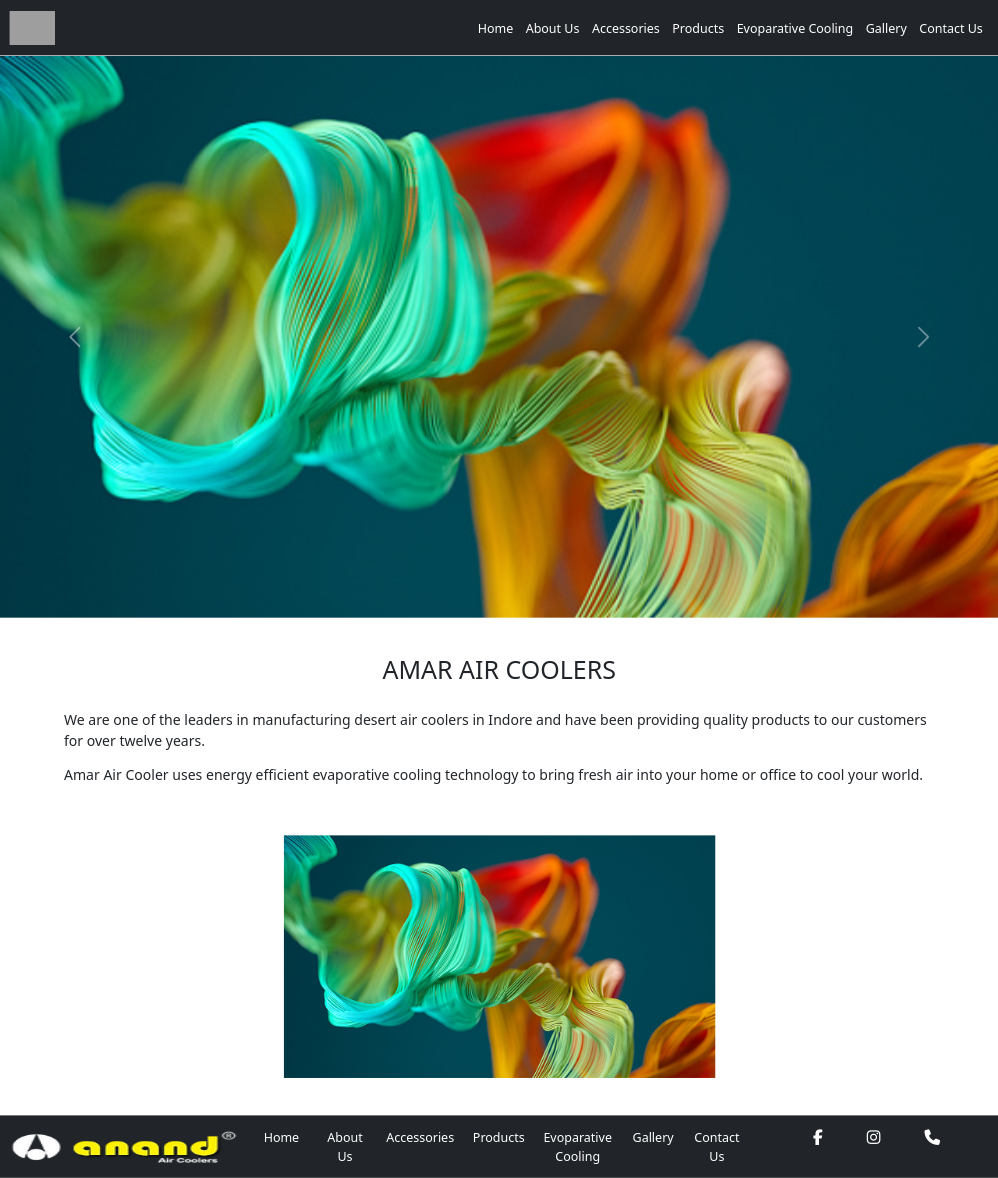
Repository: dhavalmaniyar/divakar
Page: http://localhost/
These files come from the project's save history. The page is drawn as it stood at one moment and after the next save; the edit follows.
The browser window is 1280 px wide. The pictures show the whole page, at 78% of full size.
Pictures or frames that could not be fetched are drawn as grey boxes. Some web libraries are served in a nearby version. The page is served by the project's application, run on Django 3.2 (divakar_app/manage.py). Other server files are loaded and not shown.

Above is the page before, as saved 2021-12-08 16:30:43.

### divakar_app/templates/index.html
{% extends "base.html" %}
{% load static %}
{%block body%}
<br><br><br>
{% if messages %}
{% for message in messages  %}
<div style="position: absolute; top:12%; z-index: 1000;" class="alert alert-success" role="alert">
    {{message}}
</div>
{% endfor %}
{% endif %}
<div id="carouselExampleInterval" class="carousel slide" data-bs-ride="carousel">
  <div class="carousel-inner">
    <div class="carousel-item active" data-bs-interval="2000">
      <img src="{%static '/images/landingpage.jpg'%}" class="d-block w-100" alt="">
    </div>
    <div class="carousel-item" data-bs-interval="2000">
      <img src="{%static '/images/landingpage.jpg'%}" class="d-block w-100" alt="">
    </div>
    <div class="carousel-item">
      <img src="{%static '/images/landingpage.jpg'%}" class="d-block w-100" alt="">
    </div>
  </div>
  <button class="carousel-control-prev" type="button" data-bs-target="#carouselExampleInterval" data-bs-slide="prev">
    <span class="carousel-control-prev-icon" aria-hidden="true"></span>
    <span class="visually-hidden">Previous</span>
  </button>
  <button class="carousel-control-next" type="button" data-bs-target="#carouselExampleInterval" data-bs-slide="next">
    <span class="carousel-control-next-icon" aria-hidden="true"></span>
    <span class="visually-hidden">Next</span>
  </button>
</div>
<br><br>
<h2 class="text-center">AMAR AIR COOLERS</h2><br>
<div class="container">
  <p class="content">
    We are one of the leaders in manufacturing desert air coolers in Indore and have
    been providing quality products to our customers for over twelve years.

  </p>
  <p class="content">
    Amar Air Cooler uses energy efficient evaporative cooling technology to bring fresh
    air into your home or office to cool your world.
  </p>
  <br><br>
  <div>
    <img src="{%static '/images/landingpage.jpg'%}" class="img-fluid d-block mx-auto" alt="...">
  </div>
</div>
{%endblock body%}

### divakar_app/templates/base.html
{% load static %}
<!DOCTYPE html>
<html lang="en">

<head>
    <meta charset="UTF-8">
    <meta http-equiv="X-UA-Compatible" content="IE=edge">
    <meta name="viewport" content="width=device-width, initial-scale=1.0">
    <link rel="stylesheet" href="{%static '/css/bootstrap.css'%}">
    <script src="{%static '/js/bootstrap.js'%}"></script>
    <script src="https://ajax.googleapis.com/ajax/libs/jquery/3.5.1/jquery.min.js"></script>
    <script src='https://kit.fontawesome.com/a076d05399.js'></script>
    <title>Amar Coolers</title>
</head>
<style>
 .navbar{
     position: absolute;
     right: 0;
     left: 0;
     top: 0;
     z-index: 100;
      }
      .content{
          font-size: large;
      }
      .social{
            text-decoration: none;
            color: white;
        }
        .social:hover{
            color: white;
        }

</style>

<body>
    <nav class="navbar navbar-expand-lg navbar-dark bg-dark">
        <div class="container-fluid">
            <a class="navbar-brand" href="#">
                <img src="{%static '/images/amarlogo.jpeg'%}" alt="" width="100%" height="44"
                    class="d-inline-block align-text-top">
            </a>
            <button class="navbar-toggler" type="button" data-bs-toggle="collapse" data-bs-target="#navbarNavAltMarkup"
                aria-controls="navbarNavAltMarkup" aria-expanded="false" aria-label="Toggle navigation">
                <span class="navbar-toggler-icon"></span>
            </button>
            <div class="collapse navbar-collapse justify-content-end" id="navbarNavAltMarkup">
                <div class="navbar-nav">
                    <a class="nav-link active" href="{%url 'index'%}">Home</a>
                    <a class="nav-link active" href="#">About Us</a>
                    <a class="nav-link active" href="#">Accessories</a>
                    <a class="nav-link active" href="#">Products</a>
                    <a class="nav-link active" href="#">Evoparative Cooling</a>
                    <a class="nav-link active" href="#">Gallery</a>
                    <a class="nav-link active" href="{%url 'contact'%}">Contact Us</a>
                </div>
            </div>
        </div>
    </nav>
    {% block body %}

    {% endblock body %}
    <br><br>
    <div class="row bg-dark mx-0 py-3">
        <div class="col-md-3">
            <img src="{%static '/images/logo.webp'%}" alt="" width="100%" height="44"
                    class="d-inline-block align-text-top">
        </div>
        <div class="col-md-6 text-center">
            <div class="row">
                <div class="col-md"><a class="social" href="{%url 'index'%}">Home</a></div>
                <div class="col-md"><a class="social" href="{%url 'index'%}">About Us</a></div>
                <div class="col-md"><a class="social" href="{%url 'index'%}">Accessories</a></div>
                <div class="col-md"><a class="social" href="{%url 'index'%}">Products</a></div>
                <div class="col-md"><a class="social" href="{%url 'index'%}">Evoparative Cooling</a></div>
                <div class="col-md"><a class="social" href="{%url 'index'%}">Gallery</a></div>
                <div class="col-md"><a class="social" href="{%url 'index'%}">Contact Us</a></div>
            </div>

        </div>
        <div class="col-md-3">
            <div class="row">
                <div class="col text-end"><a class="social" href=""><i class="fab fa-facebook-f fa-lg"></i></a></div>
                <div class="col text-center"><a class="social" href=""><i class="fab fa-instagram fa-lg"></i></a></div>
                <div class="col text-start"><a class="social" href=""><i class="fas fa-phone fa-lg"></i></a></div>
            </div>
        </div>
    </div>
</body>

</html>

### divakar_app/amar_coolers/views.py
from django.shortcuts import render,redirect
from django.contrib import messages
from . models import Inquiry;
# Create your views here.
def index(request):
    return render(request,'index.html')

def contact(request):
    return render(request,'contact.html')

def submit(request):
    name=request.POST['name']
    mobile=request.POST['mobile']
    email=request.POST['email']
    inquiry=request.POST['inquiry']
    # pay=request.POST['pay']
    # need=request.POST['need']
    data=Inquiry(name=name,mobile=mobile,email=email,inquiry=inquiry)
    data.save()
    subject = 'Free Consultation Inquiry'
    # emailmessage = 'name: '+name+'\nmobile: '+mobile+'\nemail: '+email+'\nInquiry: '+inquiry+'\nRequirements: '+need
    messages.success(request,'Thank You, we will contact you soon')
    # render(request,'consulting.html',{'message':"Thank You, we will contact you soon"})
    return redirect('index')

### divakar_app/divakar_app/urls.py
"""divakar_app URL Configuration

The `urlpatterns` list routes URLs to views. For more information please see:
    https://docs.djangoproject.com/en/3.1/topics/http/urls/
Examples:
Function views
    1. Add an import:  from my_app import views
    2. Add a URL to urlpatterns:  path('', views.home, name='home')
Class-based views
    1. Add an import:  from other_app.views import Home
    2. Add a URL to urlpatterns:  path('', Home.as_view(), name='home')
Including another URLconf
    1. Import the include() function: from django.urls import include, path
    2. Add a URL to urlpatterns:  path('blog/', include('blog.urls'))
"""
from django.contrib import admin
from django.urls import path
from django.urls.conf import include

urlpatterns = [
    path('',include('amar_coolers.urls')),
    path('admin/', admin.site.urls),
]

### divakar_app/amar_coolers/urls.py
from django.contrib import admin
from django.urls import path
from . import views
urlpatterns = [
    path('',views.index,name='index'),
    path('contactus',views.contact,name="contact"),
    path('submit',views.submit,name='submit'),
]

Loaded but not shown: divakar_app/static/css/bootstrap.css (library); divakar_app/static/js/bootstrap.js (library)

After the next save:
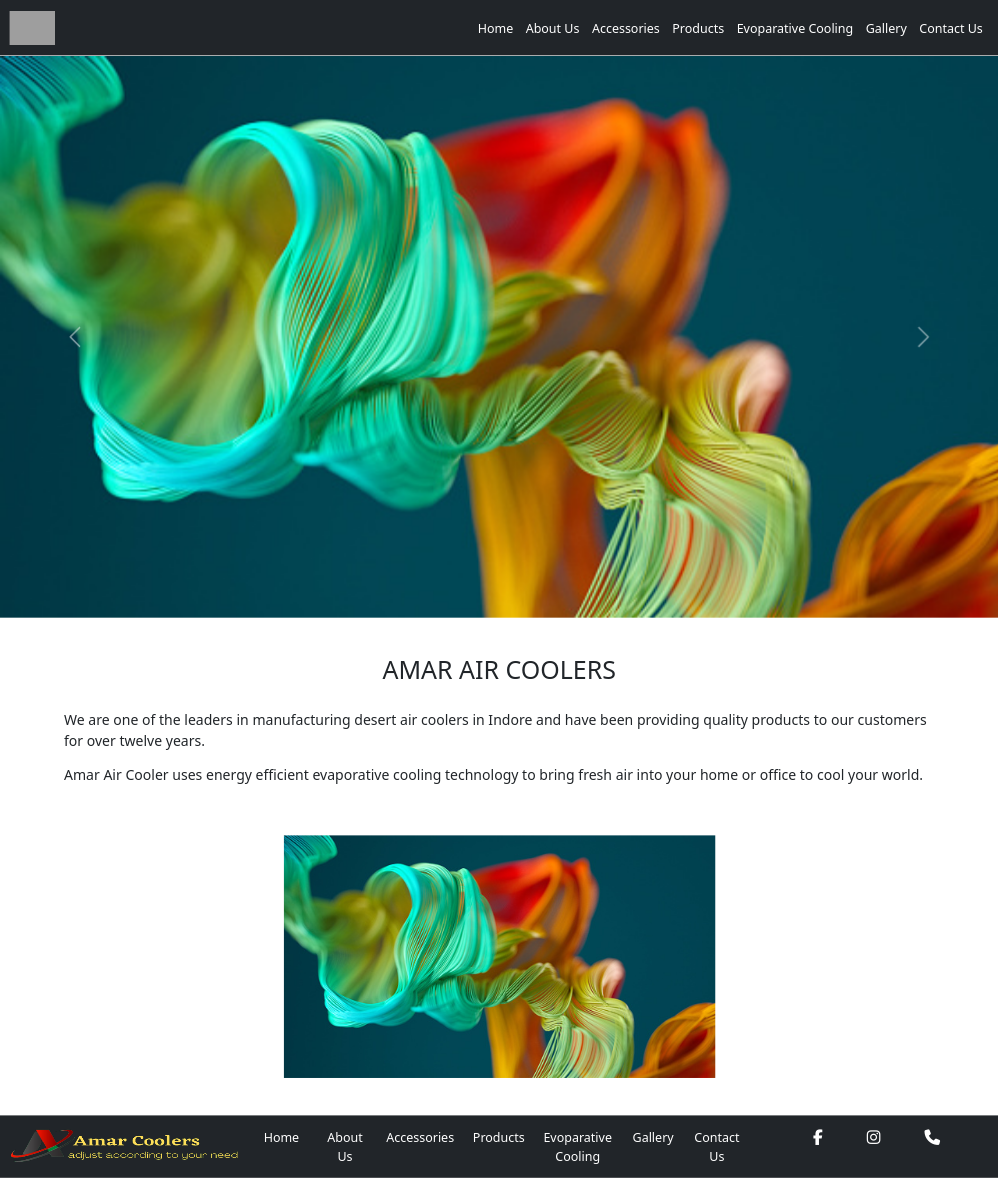
Saved 80 s later.
--- a/divakar_app/templates/base.html
+++ b/divakar_app/templates/base.html
@@ -63,7 +63,7 @@
     <br><br>
     <div class="row bg-dark mx-0 py-3">
         <div class="col-md-3">
-            <img src="{%static '/images/logo.webp'%}" alt="" width="100%" height="44"
+            <img src="{%static '/images/amarlogo.png'%}" alt="" width="100%" height="44"
                     class="d-inline-block align-text-top">
         </div>
         <div class="col-md-6 text-center">
